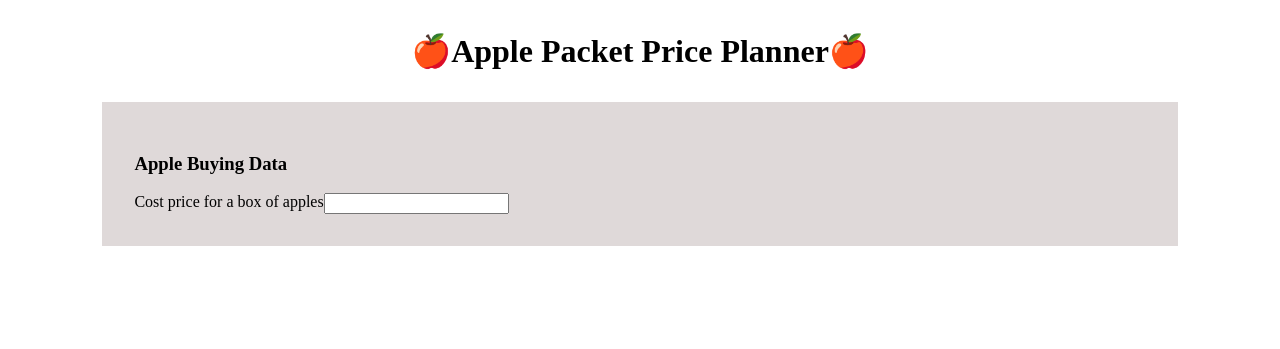
Repository: lasity34/apple-packet-price-planner
Page: index.html
An editor plug-in stored every save of this project. The page is shown before and after the next save, followed by the edit.
The browser window is 1280 px wide. The pictures show the whole page.

Above is the page before, as saved 2023-05-29 09:31:17.

### index.html
<!DOCTYPE html>
<html lang="en">
<head>
    <meta charset="UTF-8">
    <meta http-equiv="X-UA-Compatible" content="IE=edge">
    <meta name="viewport" content="width=device-width, initial-scale=1.0">
    <title>Apple Packet Price Planner</title>
    <link href="./style.css" rel="stylesheet" >
</head>
<body>
    <h1>🍎Apple Packet Price Planner🍎</h1>
    <main>
        <h3>Apple Buying Data</h3>
        <section class="input_section">
            <div class="input_container">
                <label for="apple_price">Cost price for a box of apples</label><br />
                <input
                  type="number"
                  id="apple_price"
                  name="apple_price"
                  required
                /><br />
              </div>
        </section>
    </main>
</body>
<script src="./apple-factory.js"></script>
<script src="./apple-dom.js"></script>
</html>

### style.css

h1 {
    text-align: center;
    margin: 1em;
}

main {
    background-color: rgb(223, 217, 217);
    margin: 0 auto;
    padding: 2em;
    width: 80%;
}

.input_container {
    display: flex;
}

Loaded but not shown: apple-dom.js (no copy from this time; the picture is the same without it); apple-factory.js (no copy from this time; the picture is the same without it)

After the next save:
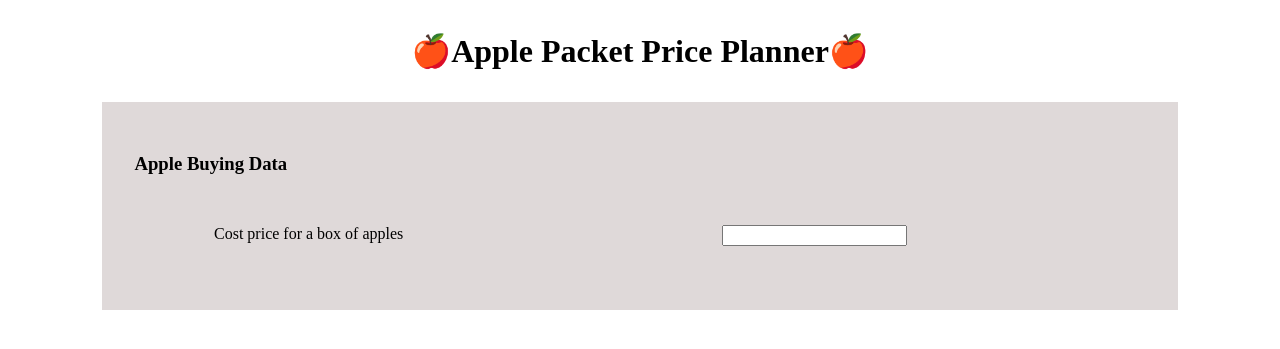
Saved 38 s later.
--- a/style.css
+++ b/style.css
@@ -11,6 +11,11 @@ main {
     width: 80%;
 }
 
+.input_section {
+    padding: 2em 0;
+}
+
 .input_container {
     display: flex;
+    justify-content: space-around;
 }
